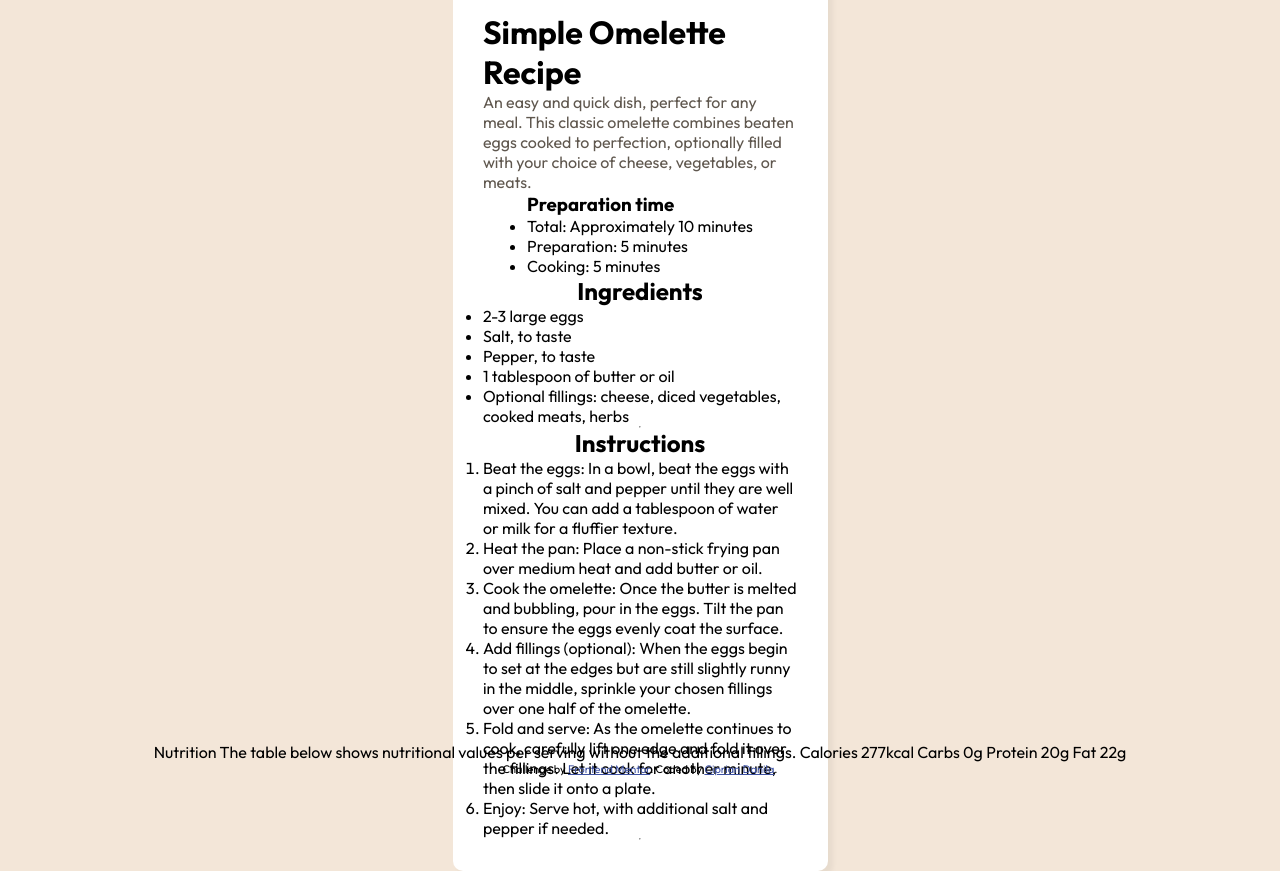
Repository: cipdanila/recipe-page
Page: index.html
An editor plug-in stored every save of this project. The page is shown before and after the next save, followed by the edit.
The browser window is 1280 px wide. The pictures show the whole page.

Above is the page before, as saved 2024-01-21 15:17:55.

After the next save:
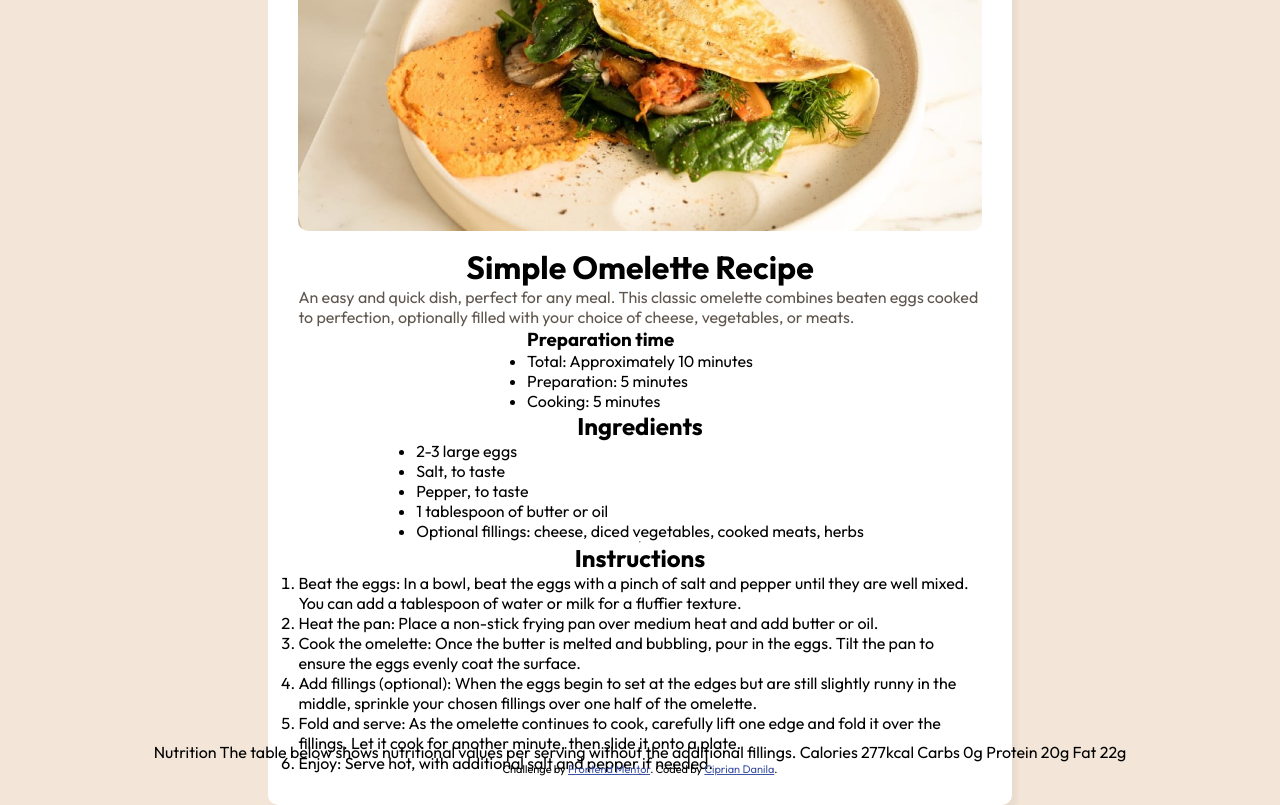
Saved 73 s later.
--- a/styles.css
+++ b/styles.css
@@ -76,6 +76,6 @@
 
 @media (min-width: 375px) {
     .container {
-        width: 375px;
+        width: 100%;
     }
 }
